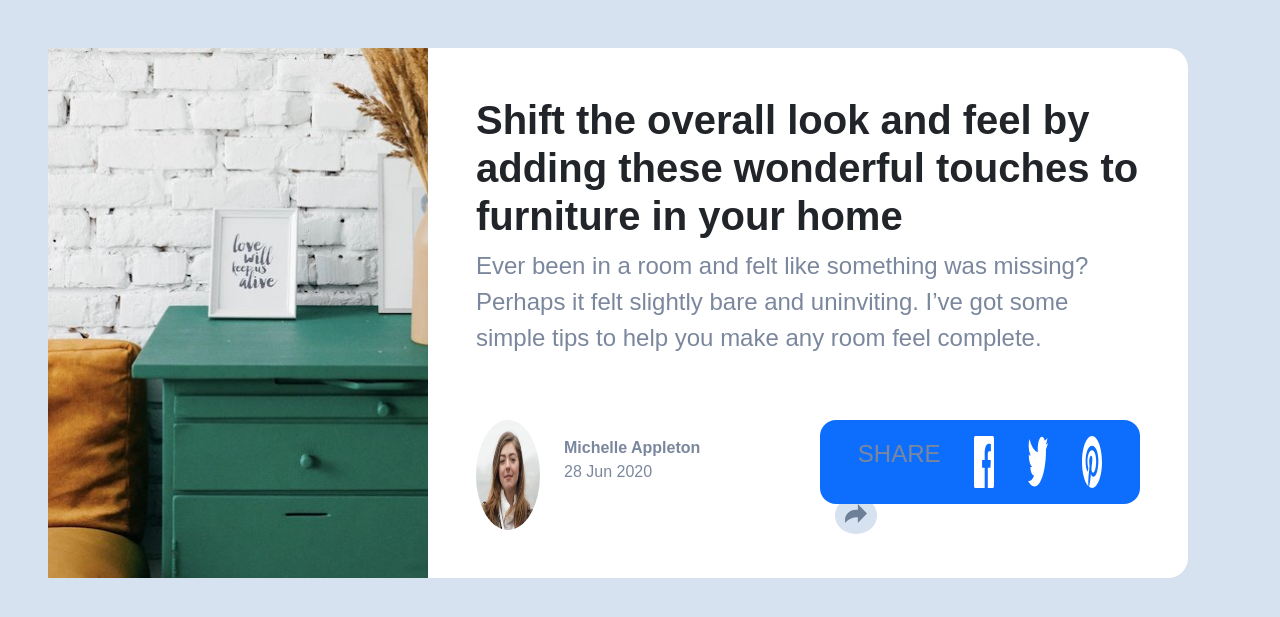
Repository: blordeus/article-preview-component
Page: index.html
These files come from the project's save history. The page is drawn as it stood at one moment and after the next save; the edit follows.
The browser window is 1280 px wide. The pictures show the whole page.

Above is the page before, as saved 2024-05-17 17:14:40.

After the next save:
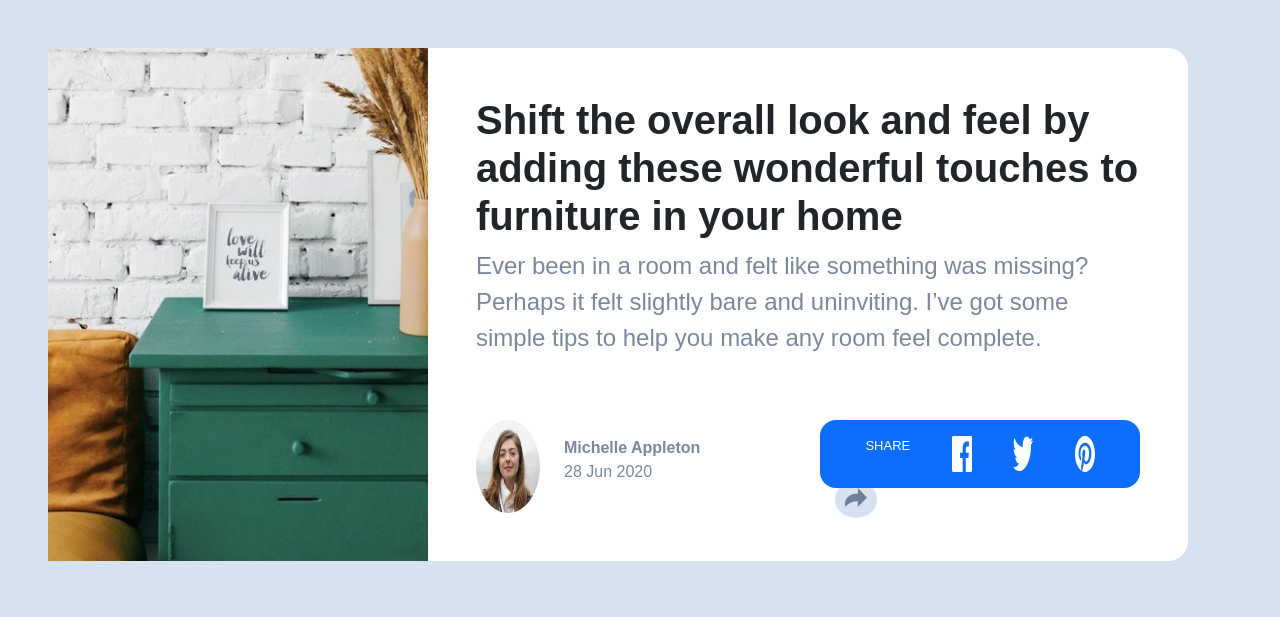
Saved 13 s later.
--- a/index.html
+++ b/index.html
@@ -36,7 +36,7 @@
           </div>
           <div class="col my-auto">
             <div class=" d-flex justify-content-evenly py-3 px-1 bg-primary position-relative rounded-4">
-              <p class="fs-4">SHARE</p>
+              <p class="popup-text">SHARE</p>
                 <img id="facebook" src="./images/icon-facebook.svg" alt="facebook">
                 <img id="twitter" src="./images/icon-twitter.svg" alt="twitter">
                 <img id="pinterest" src="./images/icon-pinterest.svg" alt="pinterest">
